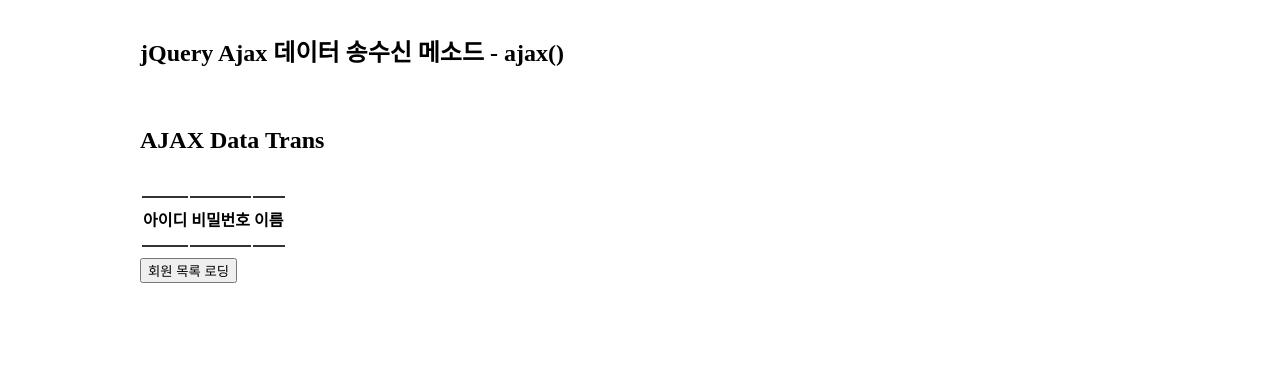
Repository: kyeonj/pro06
Page: http://localhost/ajax/test2
These files come from the project's save history. The page is drawn as it stood at one moment and after the next save; the edit follows.
The browser window is 1280 px wide. The pictures show the whole page.
The page is this project's Thymeleaf template; nobody is signed in. The template is opened directly, without the code that normally fills it, so the values that code supplies are empty.

Above is the page before, as saved 2022-12-21 09:17:29.

### myapp/src/main/resources/templates/ajax/test2.html
<!DOCTYPE html>
<html lang="en">
<head>
	<!-- templates/ajax/test1.html -->
    <meta charset="UTF-8">
    <meta http-equiv="X-UA-Compatible" content="IE=edge">
    <meta name="viewport" content="width=device-width, initial-scale=1.0">
    <title>jQuery 88 : jQuery Ajax 데이터 송수신 처리4 - post</title>
    <script src="https://code.jquery.com/jquery-latest.js"></script>
    <style>
    .container { clear:both; width:1000px; margin:20px auto; line-height:2.8; }
    .container:after { content:""; display:block; clear:both; }
    .data { clear: both; }
    .data:after { content:""; display:block; clear:both; }
    .table th { border-top:2px solid #333; }
    .table td, .table th { border-bottom:2px solid #333; }
    </style>
</head>
<body>
    <section class="container">
        <h2>jQuery Ajax 데이터 송수신 메소드 - ajax()</h2>
        <article class="data">
            <div><h2>AJAX Data Trans</h2></div>
			<table class="table">
				<thead>
					<tr>
						<th>아이디</th>
						<th>비밀번호</th>
						<th>이름</th>
					</tr>
				</thead>
				<tbody id="result">
				</tbody>
			</table>
			<button type="button" id="btn1">회원 목록 로딩</button>
			<div id="msg"></div>
		</article>
  	</section>
  	<script>
  	$(document).ready(function(){
		  $("#btn1").click(function(){
			 $.ajax({
				 url:"/ajxa/userList.do",
				 //data:id,
				 contentType:'application/json;charset=utf-8',
				 method:"GET",
				 dataType:"json"
			 })
			 .done(function(res){
				 console.log(res);
				 if(res==true){
					 $("#msg").text("사용가능한 아이디입니다.");
					 $("#idck").val("yes");
				 } else {
					 $ ("#msg").text("현재 사용 중인 아이디입니다.");
				 }
			 })
			 .fail(function(xhr, status, errorThrown){
				 $("#msg").text("아이디 중복 체크를 진행하지 못했습니다.");
			 })
			 .always(function(xhr, status){

			 })
		  });
	  });
  	</script>
</div>
</body>
</html>

After the next save:
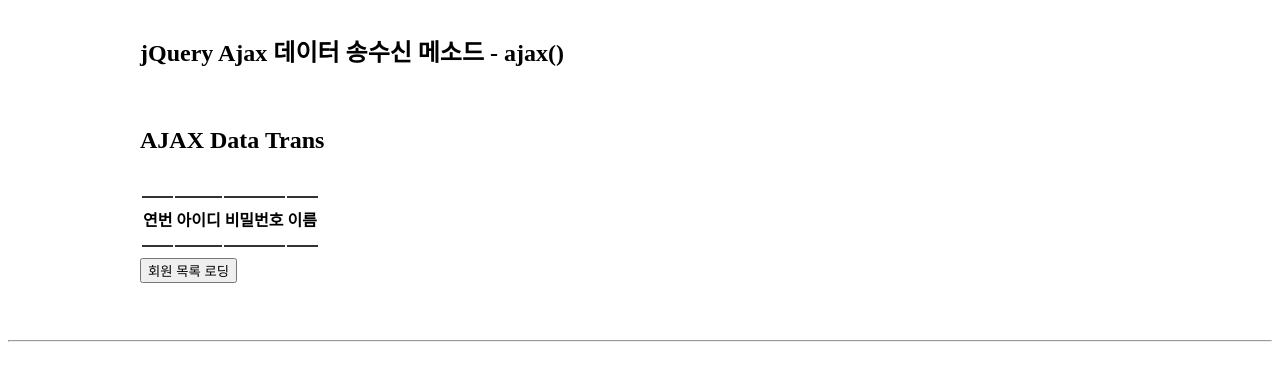
Saved 63 s later.
--- a/myapp/src/main/resources/templates/ajax/test2.html
+++ b/myapp/src/main/resources/templates/ajax/test2.html
@@ -5,7 +5,7 @@
     <meta charset="UTF-8">
     <meta http-equiv="X-UA-Compatible" content="IE=edge">
     <meta name="viewport" content="width=device-width, initial-scale=1.0">
-    <title>jQuery 88 : jQuery Ajax 데이터 송수신 처리4 - post</title>
+    <title>jQuery 86 : jQuery Ajax 데이터 송수신 처리2 - get</title>
     <script src="https://code.jquery.com/jquery-latest.js"></script>
     <style>
     .container { clear:both; width:1000px; margin:20px auto; line-height:2.8; }
@@ -24,46 +24,48 @@
 			<table class="table">
 				<thead>
 					<tr>
+						<th>연번</th>
 						<th>아이디</th>
 						<th>비밀번호</th>
 						<th>이름</th>
 					</tr>
 				</thead>
 				<tbody id="result">
+
 				</tbody>
 			</table>
-			<button type="button" id="btn1">회원 목록 로딩</button>
-			<div id="msg"></div>
-		</article>
-  	</section>
-  	<script>
-  	$(document).ready(function(){
-		  $("#btn1").click(function(){
-			 $.ajax({
-				 url:"/ajxa/userList.do",
-				 //data:id,
-				 contentType:'application/json;charset=utf-8',
-				 method:"GET",
-				 dataType:"json"
-			 })
-			 .done(function(res){
-				 console.log(res);
-				 if(res==true){
-					 $("#msg").text("사용가능한 아이디입니다.");
-					 $("#idck").val("yes");
-				 } else {
-					 $ ("#msg").text("현재 사용 중인 아이디입니다.");
-				 }
-			 })
-			 .fail(function(xhr, status, errorThrown){
-				 $("#msg").text("아이디 중복 체크를 진행하지 못했습니다.");
-			 })
-			 .always(function(xhr, status){
-
-			 })
-		  });
-	  });
-  	</script>
-</div>
+            <button type="button" id="btn1">회원 목록 로딩</button><br>
+            <div id="msg"></div>
+        </article>
+    </section>
+    <br><hr><br>
+    <script>
+    $(document).ready(function(){
+        $("#btn1").click(function(){
+            $.ajax({
+                url:"/ajax/userList.do",     //요청 데이터를 받아 처리하는 서버측 컨트롤러 또는 페이지 주소
+                //data:id,      //post 방식으로 서버로 전송할 데이터 - string 또는 object
+                contentType:'application/json;charset=utf-8',
+                method:"GET",   //전송 방식 : post, get, put
+                dataType:"json" //반환받을 데이터 타입 - json, xml, script, html
+            })
+            .done(function(res){ //요청 처리에 대한 성공시 처리할 문장
+                console.log(res);
+                $.each(res, function(index, value){
+					var tr = "<tr>";
+					tr = tr + "<td>"+(index+1)+"</td>";
+					tr = tr + "<td>"+value['id']+"</td>";
+					tr = tr + "<td>"+value['pw']+"</td>";
+					tr = tr + "<td>"+value['name']+"</td>";
+					tr = tr + "</tr>";
+					$("#result").append(tr);
+				});
+            })
+            .fail(function(xhr, status, errorThrown){  //요청 처리에 대한 실패시 처리할 문장
+                $("#msg").text("회원 목록를 불러오지 못했습니다. "+xhr.status);
+            });
+        });
+    });
+    </script>
 </body>
 </html>
